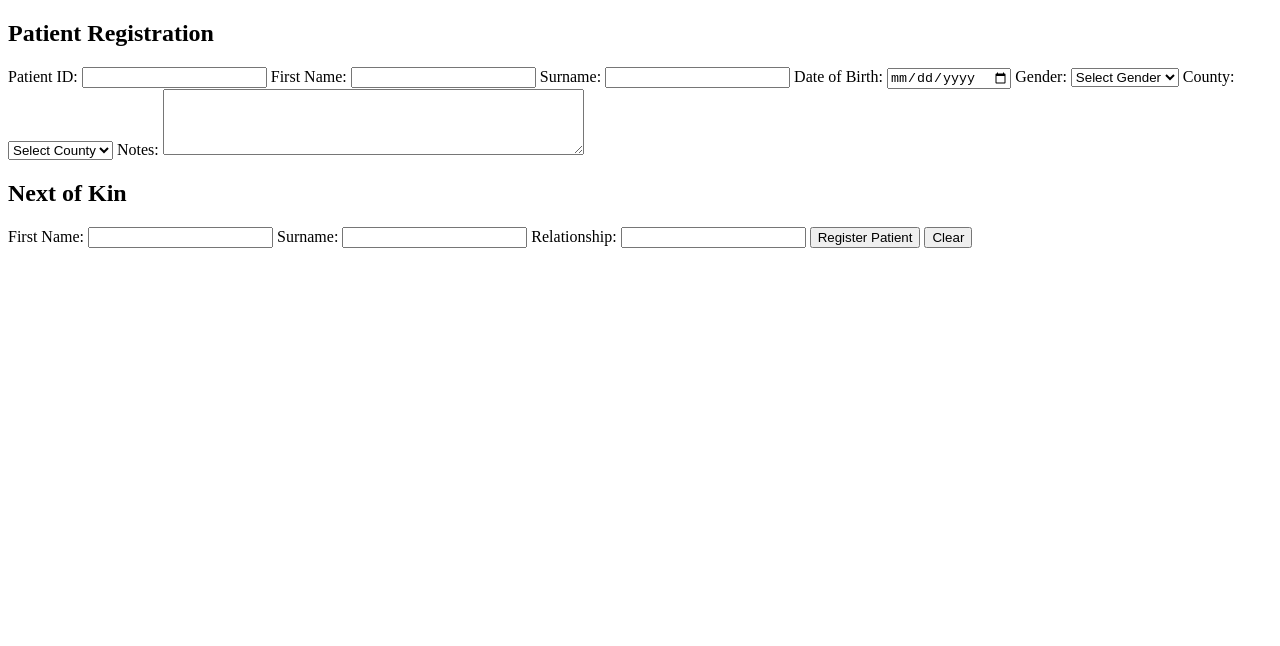
Repository: EphrahimLaanyu123/wsp
Page: Registration.html
The author's editor kept a copy of each file at every save. The page is drawn from the files as they stood at one save, then again after a run of saves.
The browser window is 1280 px wide. The pictures show the whole page.

Above is the page before, as saved 2025-03-14 07:44:53.
Not found: style.css

### Registration.html
<!DOCTYPE html>
<html lang="en">
<head>
    <meta charset="UTF-8">
    <meta name="viewport" content="width=device-width, initial-scale=1.0">
    <title>Patient Registration</title>
    <link rel="stylesheet" href="style.css">
    <style>
        .error {
            color: red;
            font-size: 0.8em;
        }

        .invalid {
            border: 1px solid red;
        }
        .registrationForm {
            display: flex;
            flex-direction: column;
        }
    </style>
</head>
<body>

    <section>
        <h1>Patient Registration</h1>
        <form id="registrationForm" action="registration.php" method="post">
            <label for="patientId">Patient ID:</label>
            <input type="text" id="patientId" name="patientId" required>
            <span class="error" id="patientIdError"></span>

            <label for="firstName">First Name:</label>
            <input type="text" id="firstName" name="firstName" required>
            <span class="error" id="firstNameError"></span>

            <label for="surname">Surname:</label>
            <input type="text" id="surname" name="surname" required>
            <span class="error" id="surnameError"></span>

            <label for="dateOfBirth">Date of Birth:</label>
            <input type="date" id="dateOfBirth" name="dateOfBirth" required>
            <span class="error" id="dateOfBirthError"></span>

            <label for="gender">Gender:</label>
            <select id="gender" name="gender" required>
                <option value="">Select Gender</option>
                <option value="Male">Male</option>
                <option value="Female">Female</option>
                <option value="Other">Other</option>
            </select>
            <span class="error" id="genderError"></span>

            <label for="county">County:</label>
            <select id="county" name="county" required>
                <option value="">Select County</option>
                <option value="Nairobi">Nairobi</option>
                <option value="Mombasa">Mombasa</option>
                <option value="Kisumu">Kisumu</option>
            </select>
            <span class="error" id="countyError"></span>

            <label for="notes">Notes:</label>
            <textarea id="notes" name="notes" rows="4" cols="50"></textarea>
            <span class="error" id="notesError"></span>

            <h2>Next of Kin</h2>
            <label for="nokFirstName">First Name:</label>
            <input type="text" id="nokFirstName" name="nokFirstName" required>
            <span class="error" id="nokFirstNameError"></span>

            <label for="nokSurname">Surname:</label>
            <input type="text" id="nokSurname" name="nokSurname" required>
            <span class="error" id="nokSurnameError"></span>

            <label for="nokRelationship">Relationship:</label>
            <input type="text" id="nokRelationship" name="nokRelationship" required>
            <span class="error" id="nokRelationshipError"></span>

            <button type="submit">Register Patient</button>
            <button type="button" id="clearForm">Clear</button>
        </form>
    </section>

    <script src="script.js"></script>
    <script>
        const form = document.getElementById('registrationForm');
        const clearFormButton = document.getElementById('clearForm');

        form.addEventListener('submit', function(event) {
            event.preventDefault();
            let isValid = validateForm();
            if (isValid) {
                form.submit();
            }
        });

        clearFormButton.addEventListener('click', function() {
            form.reset();
            document.querySelectorAll('.error').forEach(error => error.textContent = '');
        });

        function validateForm() {
            let isValid = true;
            isValid &= validateField('patientId', 'Patient ID is required');
            isValid &= validateField('firstName', 'First Name is required');
            isValid &= validateField('surname', 'Surname is required');
            isValid &= validateField('dateOfBirth', 'Date of Birth is required');
            isValid &= validateDropdown('gender', 'Gender is required');
            isValid &= validateDropdown('county', 'County is required');
            isValid &= validateField('nokFirstName', 'Next of Kin First Name is required');
            isValid &= validateField('nokSurname', 'Next of Kin Surname is required');
            isValid &= validateField('nokRelationship', 'Next of Kin Relationship is required');
            return isValid;
        }

        function validateField(fieldId, errorMessage) {
            const field = document.getElementById(fieldId);
            const errorSpan = document.getElementById(fieldId + 'Error');
            if (field.value.trim() === '') {
                field.classList.add('invalid');
                errorSpan.textContent = errorMessage;
                return false;
            } else {
                field.classList.remove('invalid');
                errorSpan.textContent = '';
                return true;
            }
        }

        function validateDropdown(fieldId, errorMessage) {
            const field = document.getElementById(fieldId);
            const errorSpan = document.getElementById(fieldId + 'Error');
            if (field.value === '') {
                field.classList.add('invalid');
                errorSpan.textContent = errorMessage;
                return false;
            } else {
                field.classList.remove('invalid');
                errorSpan.textContent = '';
                return true;
            }
        }
    </script>
</body>
</html>

### styles.css


.header {
    padding: 2rem;
    background-color: aqua;
    display: flex;
    gap: 40rem;
}

.logo {
    width: 70px;
    height: 90px;
}

.nav {
    display: flex;
    justify-content: center;
    gap: 4rem;
    padding: 2rem;
    background-color: bisque;
}


.sectionaside {
    display: flex;
    justify-content: space-between;
}

.section {
    background-color: azure;
    width: 50%;
    justify-content: center;
    align-items: center;
    padding: 2rem;
    text-align: center;
}

.aside {
    background-color: blanchedalmond;
    width: 50%;
}

Loaded but not shown: script.js (no stored copy; drawn as an empty file)

After the next 2 saves:
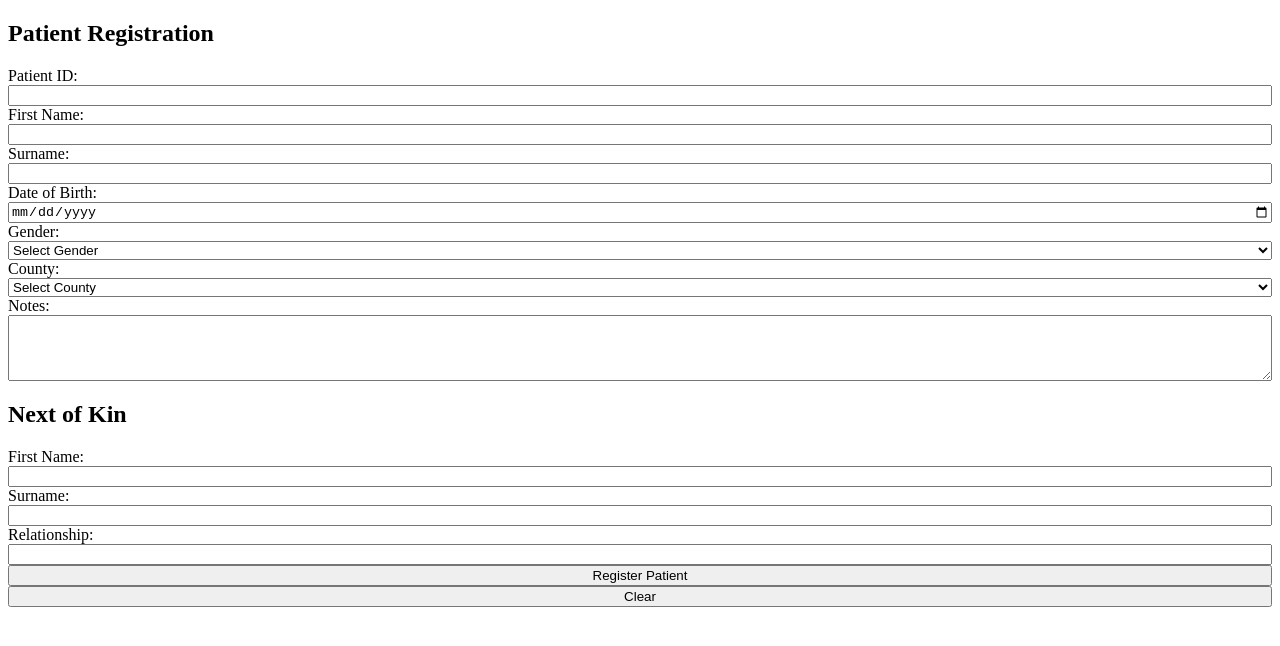
The 2 saves are shown as one change because they came seconds apart.
The last was saved 5 s later.
--- a/Registration.html
+++ b/Registration.html
@@ -14,7 +14,7 @@
         .invalid {
             border: 1px solid red;
         }
-        .registrationForm {
+        #registrationForm {
             display: flex;
             flex-direction: column;
         }

After the 5 saves that followed:
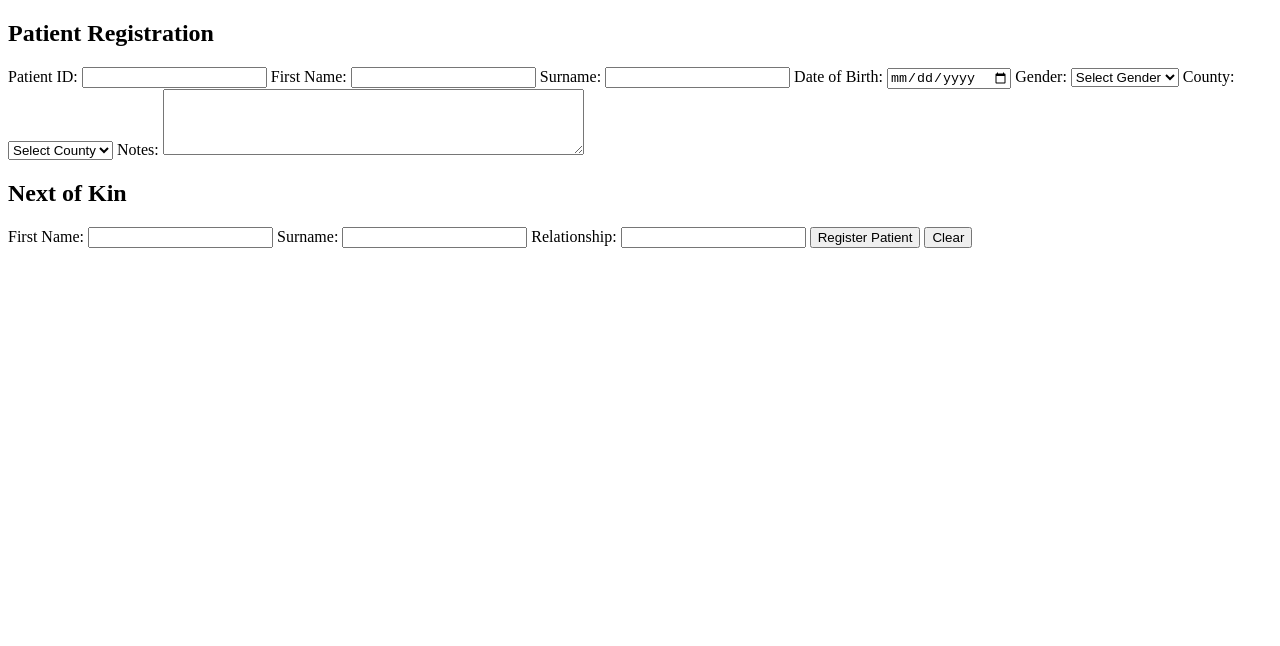
The 5 saves are shown as one change because 2 left the picture as it was and some came seconds apart.
The last was saved 7 min 15 s later.
--- a/Registration.html
+++ b/Registration.html
@@ -4,21 +4,7 @@
     <meta charset="UTF-8">
     <meta name="viewport" content="width=device-width, initial-scale=1.0">
     <title>Patient Registration</title>
-    <link rel="stylesheet" href="style.css">
-    <style>
-        .error {
-            color: red;
-            font-size: 0.8em;
-        }
-
-        .invalid {
-            border: 1px solid red;
-        }
-        #registrationForm {
-            display: flex;
-            flex-direction: column;
-        }
-    </style>
+    <link rel="stylesheet" href="styles.css">
 </head>
 <body>
 
